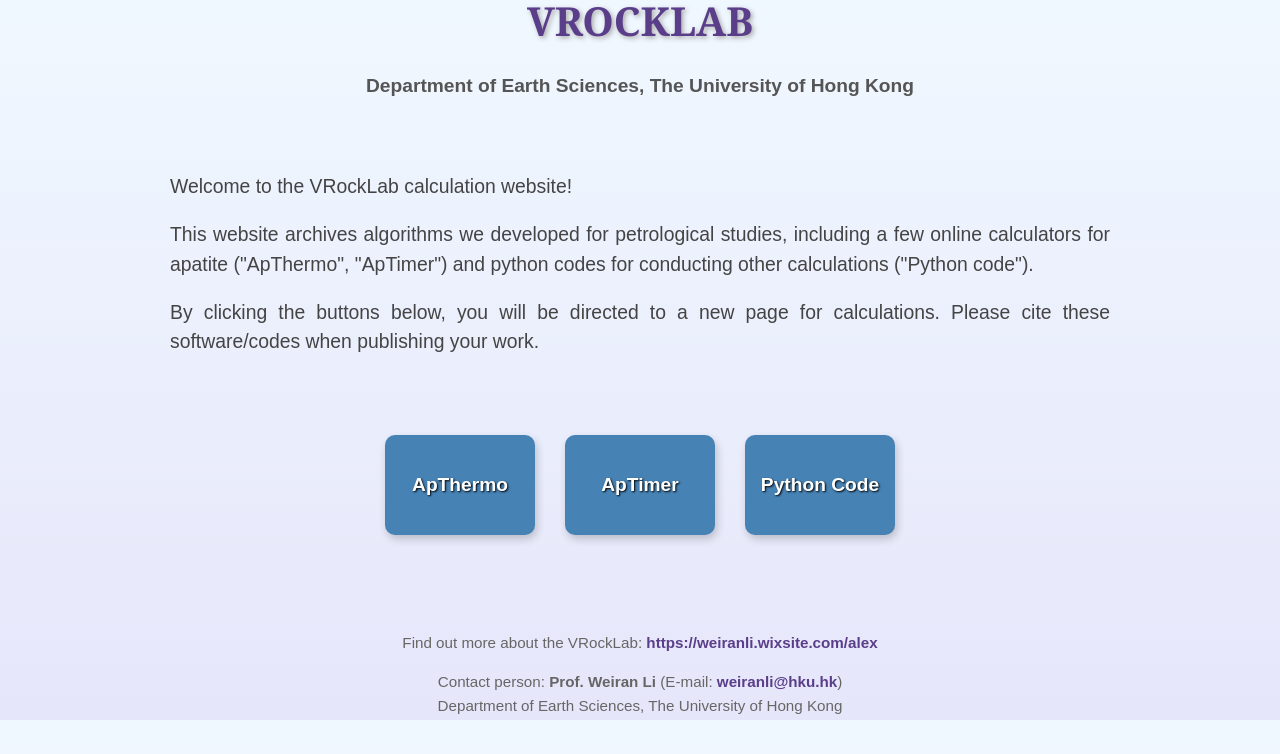
Repository: Abyss2019/home_page
Page: index.html
These files come from the project's save history. The page is drawn as it stood at one moment and after the next save; the edit follows.
The browser window is 1280 px wide. The pictures show the whole page.

Above is the page before, as saved 2025-04-06 10:33:36.

### index.html
<!DOCTYPE html>
<html lang="en">
<head>
    <meta charset="UTF-8">
    <meta name="viewport" content="width=device-width, initial-scale=1.0">
    <title>VROCKLAB</title>
    <style>
        body {
            font-family: Arial, sans-serif;
            margin: 0;
            padding: 0;
            /* background-image: url('./bg.webp'); */
            background: linear-gradient(to bottom, #f0f8ff, #e6e6fa);
            color: #333;
            display: flex;
            flex-direction: column;
            align-items: center;
            justify-content: center;
            height: 100vh;
        }

        header {
            text-align: center;
            /* margin-bottom: 30px; */
        }

        header h1 {
            font-size: 2.5em;
            font-family: 'Georgia', serif;
            text-shadow: 2px 2px 5px #aaa;
            color: #5a3e8a;
        }

        header h2 {
            font-size: 1.2em;
            margin-top: 5px;
            color: #555;
        }

        .intro {
        font-size: 1.1em;
        line-height: 1.5;
        text-align: justify;
        color: #444;
        /* background-color: #f2f6ff; */
        padding: 20px 30px;
        border-radius: 12px;
        /* box-shadow: 0 2px 5px rgba(0, 0, 0, 0.1); */
        max-width: 1000px;
        }

        /* .indent p {
        text-indent: 2em;
        margin-bottom: 1em;
        } */


        .buttons-container {
            display: flex;
            gap: 30px;
            margin: 20px 0;
        }

        .button {
            display: flex;
            align-items: center;
            justify-content: center;
            width: 150px;
            height: 100px;
            background-color: #4682b4;
            border-radius: 10px;
            box-shadow: 2px 4px 8px rgba(0, 0, 0, 0.2);
            color: #fff;
            font-size: 1.2em;
            font-weight: bold;
            text-decoration: none;
            text-shadow: 1px 1px 2px #000;

        }
        .button:hover{
          transform: scale(1.05);
        }

        footer {
        margin-top: 40px;
        font-size: 0.95em;
        color: #666;
        text-align: center;
        padding: 20px;
        /* background-color: #f8f8ff; */
        /* border-top: 1px solid #ccc; */
        line-height: 1.6;
        }

        footer a {
        color: #5a3e8a;
        text-decoration: none;
        font-weight: bold;
        }

        footer a:hover {
        text-decoration: underline;
        }
    </style>
</head>
<body>
    <header>
        <h1>VROCKLAB</h1>
        <h2>Department of Earth Sciences, The University of Hong Kong</h2>
    </header>

    <div class="intro">
        <div class="intro indent">
        <p>Welcome to the VRockLab calculation website!</p>
        <p>This website archives algorithms we developed for petrological studies, including a few online calculators for apatite ("ApThermo", "ApTimer") and python codes for conducting other calculations ("Python code").</p>
        <p>By clicking the buttons below, you will be directed to a new page for calculations. Please cite these software/codes when publishing your work.</p>
        </div>
    </div>

    <div class="buttons-container">
        <a href="https://vrocklab.hku.hk/ApThermo/" target="_blank" class="button">ApThermo</a>
        <a href="https://vrocklab.hku.hk/ApTimer/" target="_blank" class="button">ApTimer</a>
        <a href="https://vrocklab.hku.hk/python-code/" target="_blank" class="button">Python Code</a>
    </div>

    <footer>
        <p>
            Find out more about the VRockLab:
            <a href="https://weiranli.wixsite.com/alex" target="_blank">https://weiranli.wixsite.com/alex</a>
        </p>
        <p>
            Contact person: <strong>Prof. Weiran Li</strong> (E-mail:
            <a href="mailto:weiranli@hku.hk">weiranli@hku.hk</a>)<br>
            Department of Earth Sciences, The University of Hong Kong
        </p>
    </footer>
</body>
</html>

After the next save:
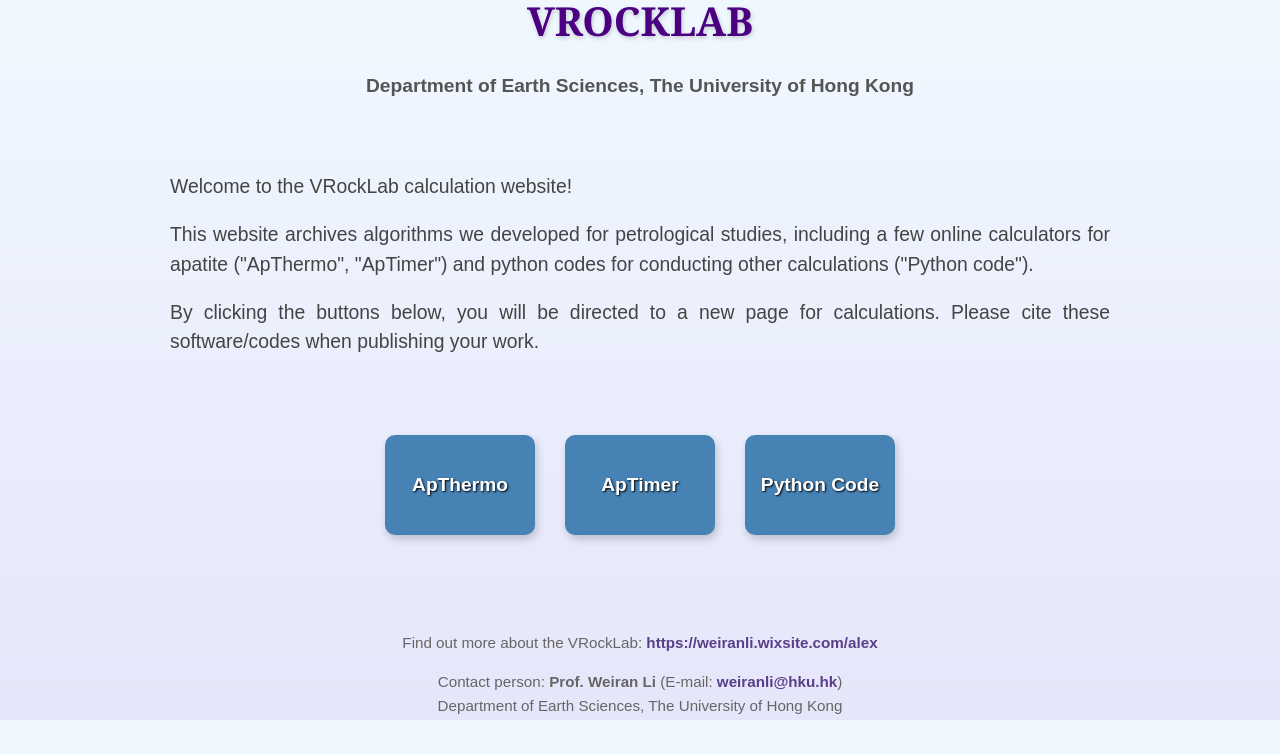
Saved 2 min 9 s later.
--- a/index.html
+++ b/index.html
@@ -30,6 +30,13 @@
             text-shadow: 2px 2px 5px #aaa;
             color: #5a3e8a;
         }
+        header h1 {
+        font-size: 2.5em;
+        font-family: 'Georgia', serif;
+        color: #4B0082; /* indigo 比 #5a3e8a 稍优雅 */
+        text-shadow: 1px 2px 4px rgba(0, 0, 0, 0.2); /* 更柔和 */
+        }
+
 
         header h2 {
             font-size: 1.2em;

After the save that followed:
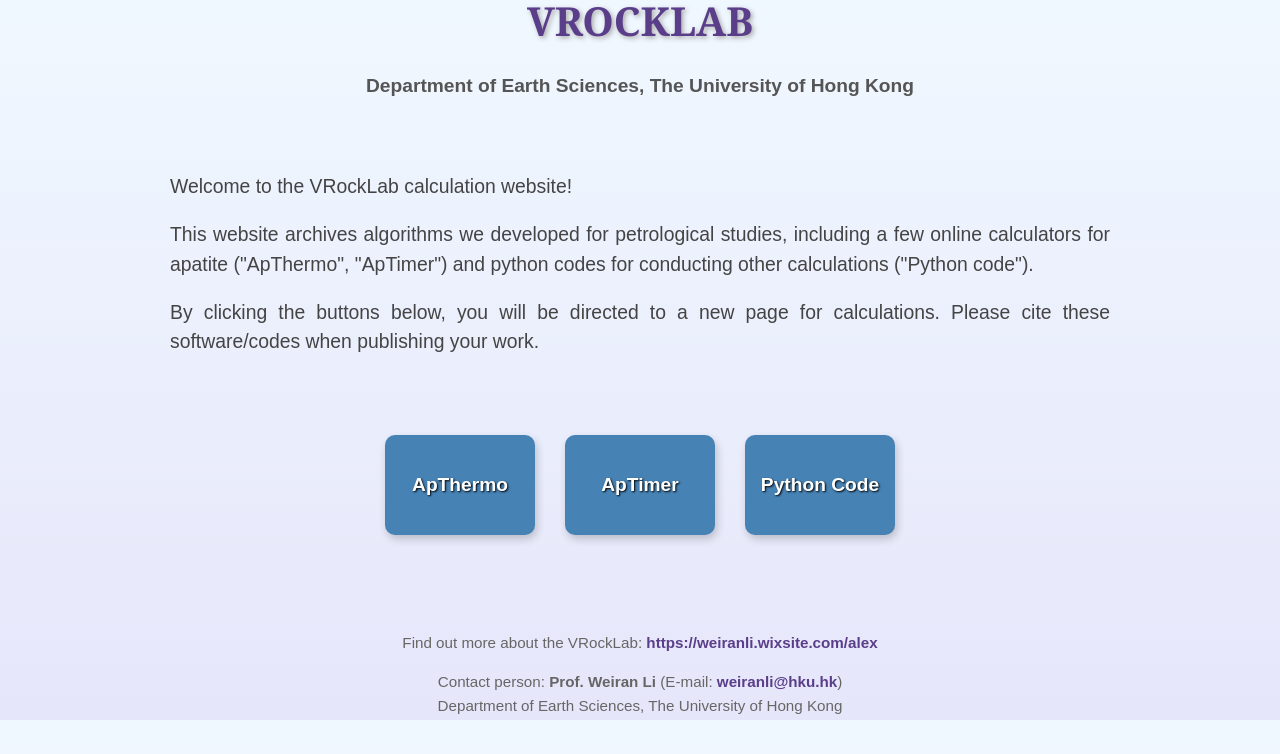
Saved 23 s later.
--- a/index.html
+++ b/index.html
@@ -30,12 +30,7 @@
             text-shadow: 2px 2px 5px #aaa;
             color: #5a3e8a;
         }
-        header h1 {
-        font-size: 2.5em;
-        font-family: 'Georgia', serif;
-        color: #4B0082; /* indigo 比 #5a3e8a 稍优雅 */
-        text-shadow: 1px 2px 4px rgba(0, 0, 0, 0.2); /* 更柔和 */
-        }
+
 
 
         header h2 {
